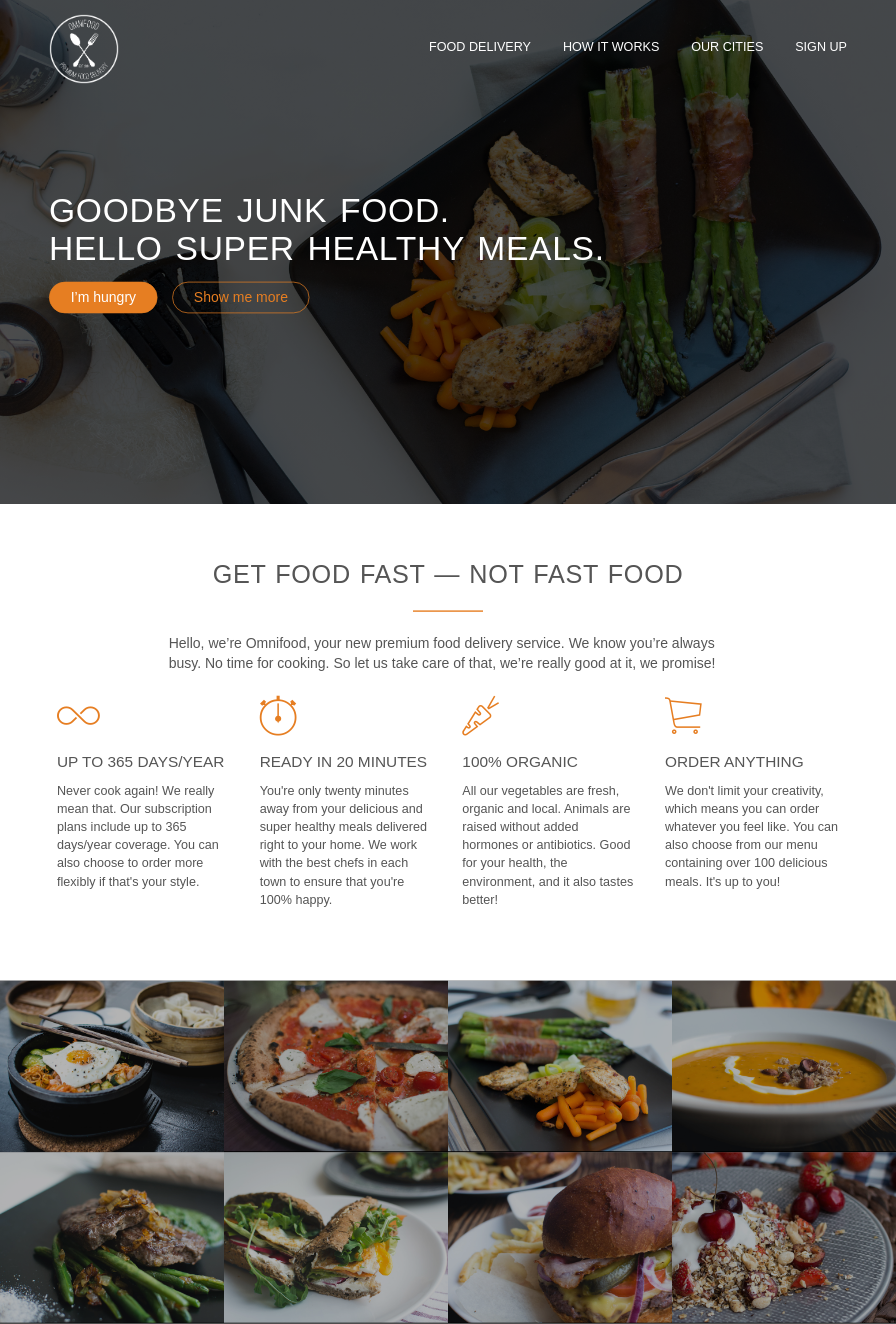
Repository: pboi18/E-Foods
Page: index.html
An editor plug-in stored every save of this project. The page is shown before and after the next save, followed by the edit.
The browser window is 1280 px wide. The pictures show the whole page, at 70% of full size.
The pointer rests on the first visible `.meal-photo img`.

Above is the page before, as saved 2020-07-10 14:16:32.

After the next save:
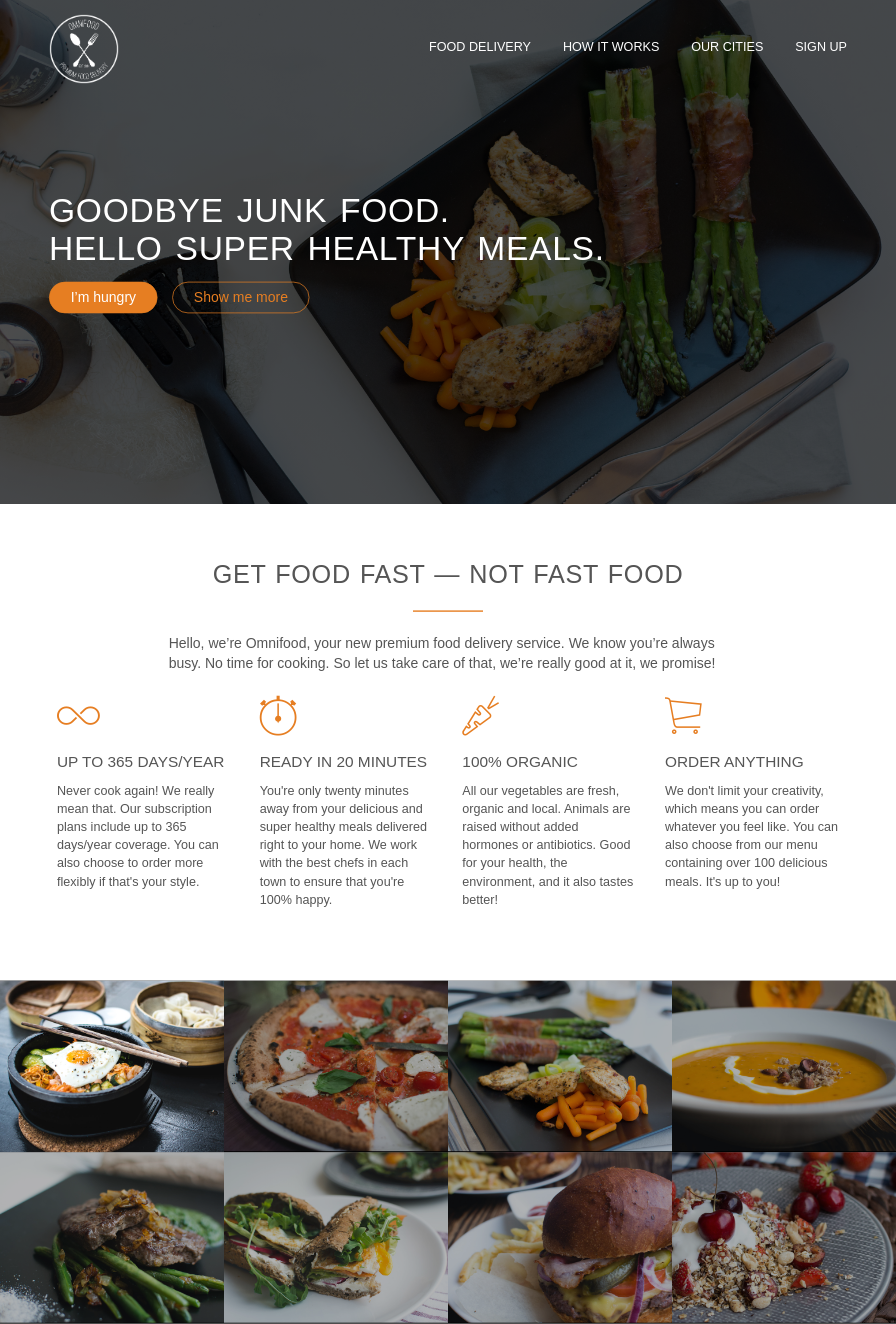
Saved 30 s later.
--- a/resources/css/style.css
+++ b/resources/css/style.css
@@ -247,7 +247,7 @@ header {
 
 
 .meal-photo img:hover {
-
+    opacity: 1;
     transform: scale(1.15);
     transition: all 0.5s;
 }
